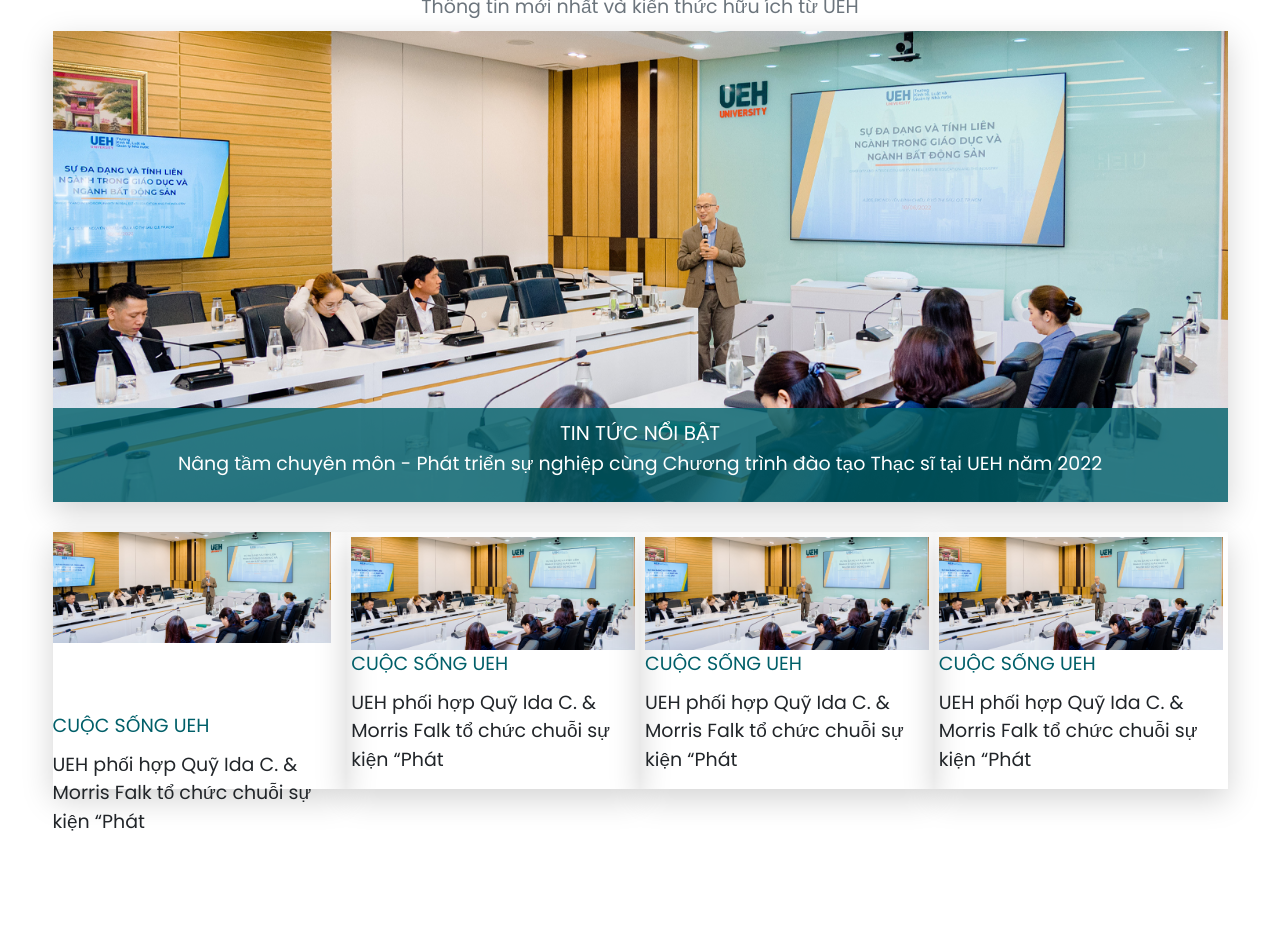
Repository: Jackietruong2805/frontends
Page: html css/ueh/index.html
These files come from the project's save history. The page is drawn as it stood at one moment and after the next save; the edit follows.
The browser window is 1280 px wide. The page is 1288 px wide, so the pictures cover 1288 px, including what lies to the right of the window. The pictures show the part of the page from y = 768 to 1720 px (the page is 1720 px tall).
Some web libraries are served in a nearby version.

Above is the page before, as saved 2022-06-20 09:37:09.

After the next save:
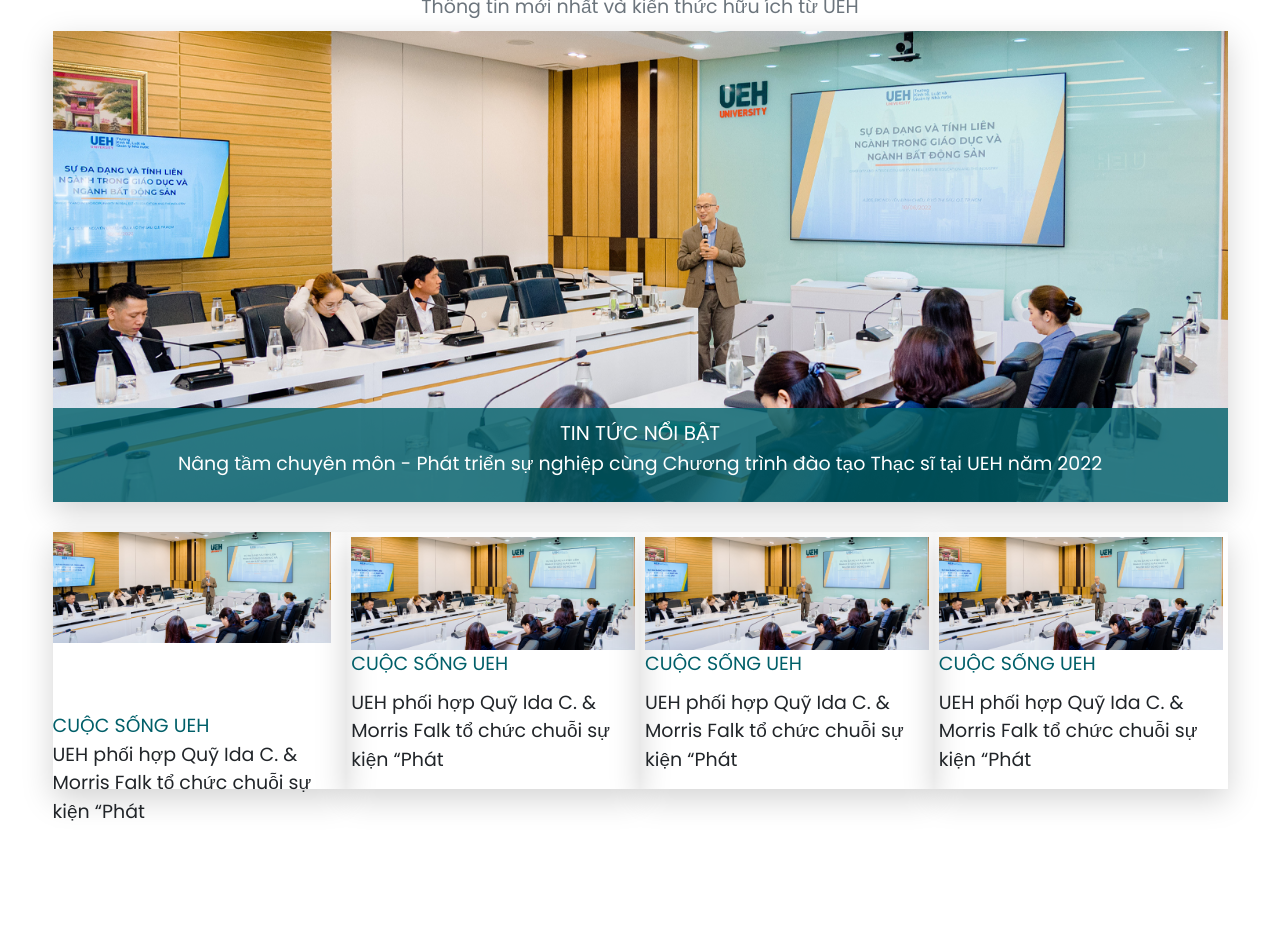
Saved 37 s later.
--- a/html css/ueh/css/index.css
+++ b/html css/ueh/css/index.css
@@ -194,3 +194,7 @@
 .new__content {
     height: 30%;
 }
+
+.new__content p {
+    margin: 0;
+}
